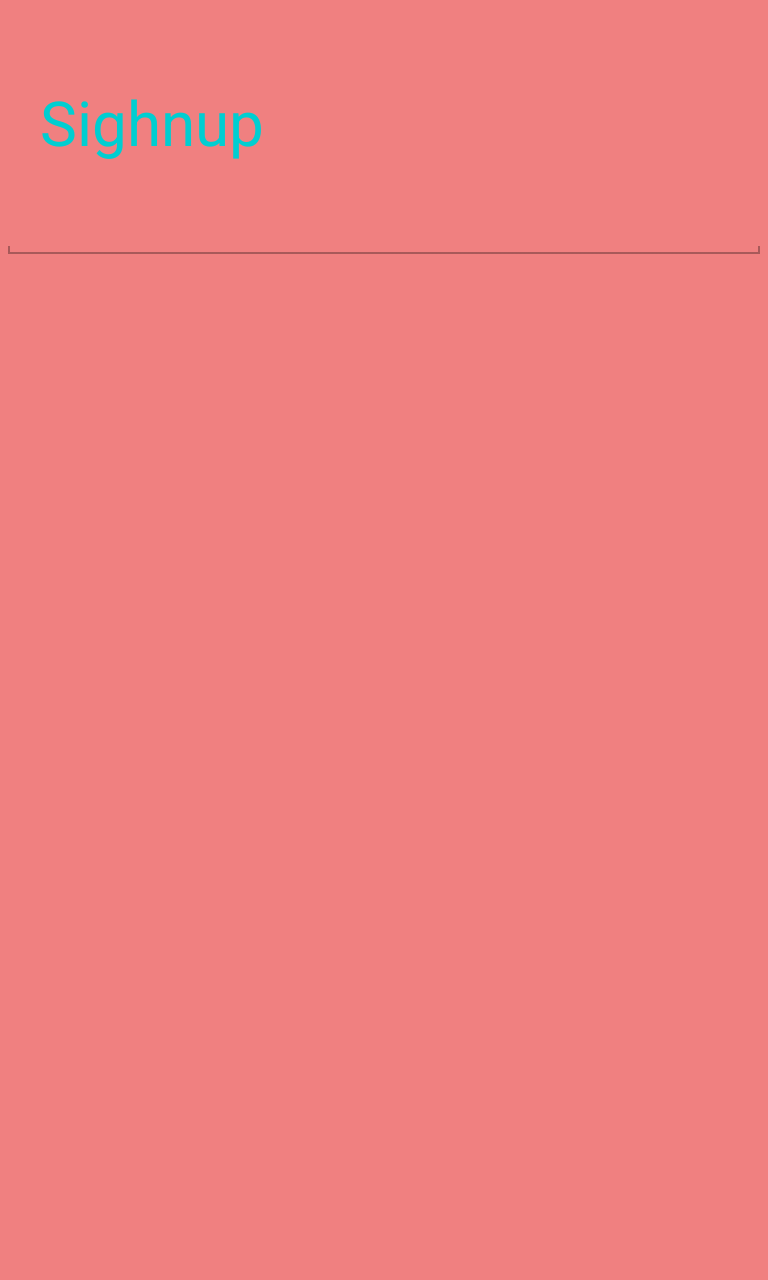
Repository: njiiriJohnii/Android-projects
Layout: MySimpleCalc/res/layout/joinus.xml
The author's editor kept a copy of each file at every save. The layout is drawn from the files as they stood at one save, then again after the next save.
It is drawn on a 768 x 1280 px phone screen (xhdpi) without system bars, with theme AppTheme; the app's code is not run.

Above is the layout before, as saved 2014-05-30 11:34:47.

After the next save:
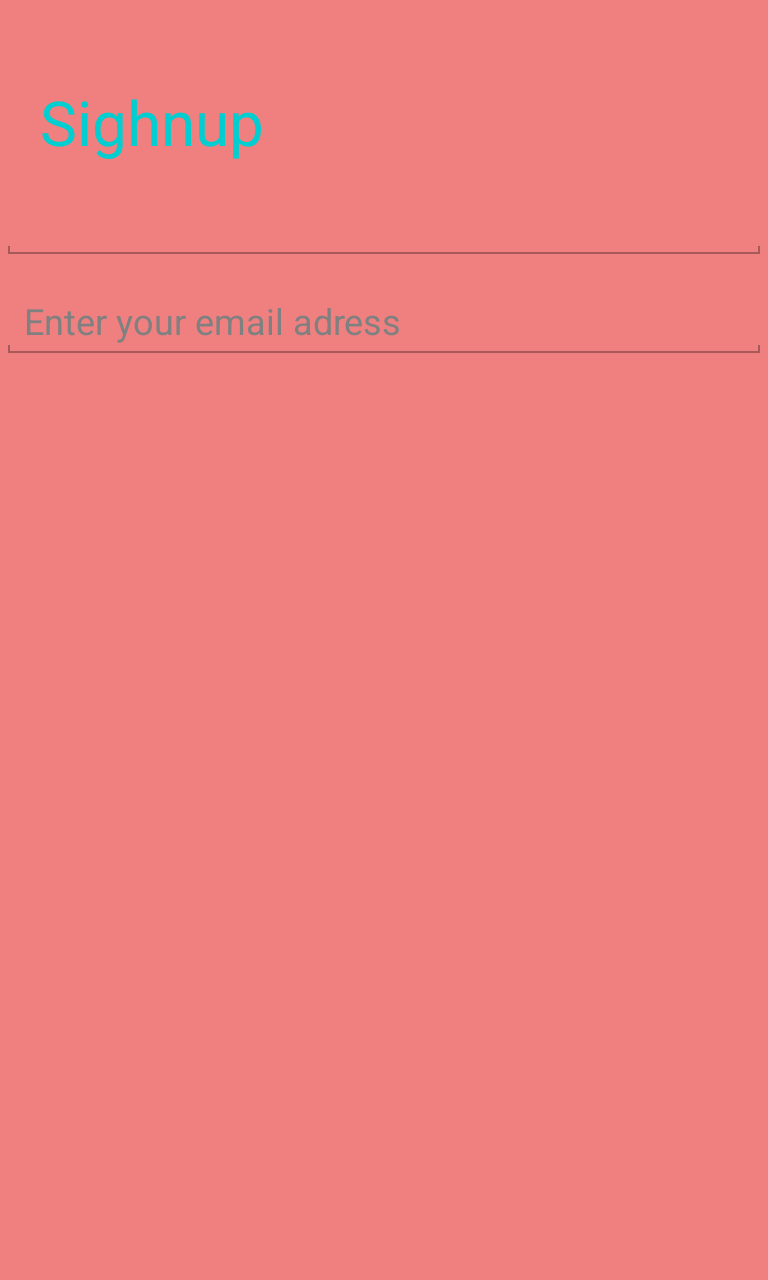
Saved 51 s later.
--- a/MySimpleCalc/res/layout/joinus.xml
+++ b/MySimpleCalc/res/layout/joinus.xml
@@ -23,7 +23,14 @@
 
 
         />
+     <EditText
+    android:layout_width="fill_parent"
+    android:layout_height="wrap_content"
+    android:layout_marginTop="10dp"
+    android:hint="Enter your email adress"
 
+
+        />
 
 
 </LinearLayout>
